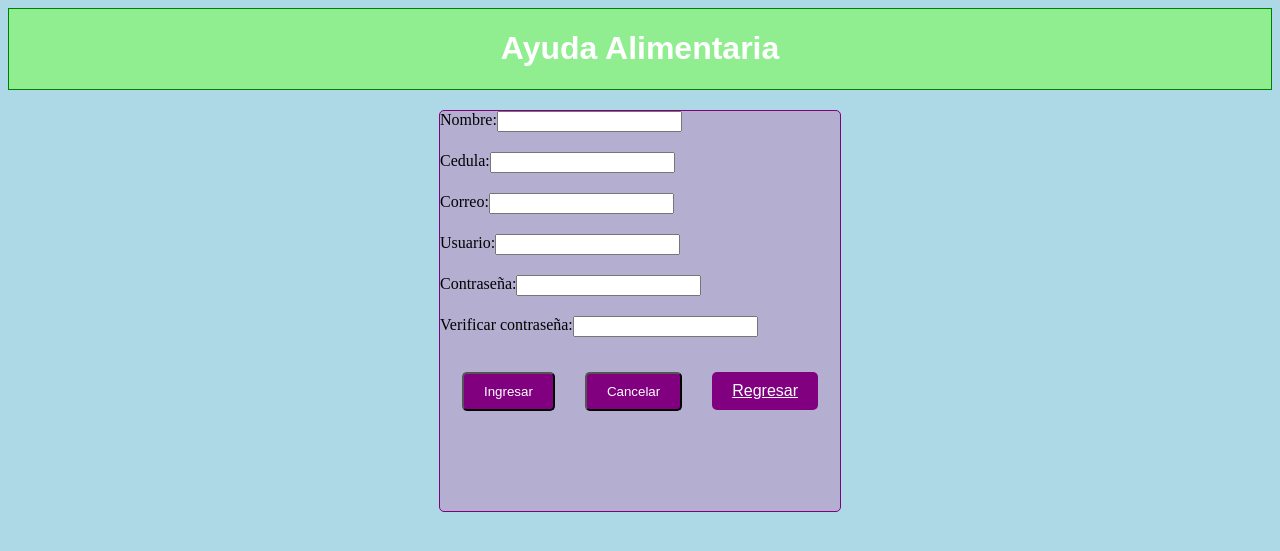
Repository: sonicspeed1/examen1_codigo_bryansantillan
Page: http://localhost/examen_1_bryan_santillan/modificar.jsp
The author's editor kept a copy of each file at every save. The page is drawn from the files as they stood at one save, then again after the next save.
The browser window is 1280 px wide. The pictures show the whole page.
The page is served by Tomcat 9. Other server files are loaded and not shown.

Above is the page before, as saved 2024-05-29 03:08:18.

### examen_1_bryan_santillan/src/main/webapp/modificar.jsp
<%@ page language="java" contentType="text/html; charset=UTF-8"
    pageEncoding="UTF-8"%>
<!DOCTYPE html>
<html>
<head>
<meta charset="UTF-8">
<title>Modificar</title>
<link href="estilo.css" rel="stylesheet"/>
</head>
<body>

<body class="cuerpo">
<div class="cuadro">
<h1 class="titulo">Ayuda Alimentaria</h1>
</div>
<div class="container">
    <div class="cuadro2">
    <form action=Respuesta.jsp method="post">
    <label class="item_reg">Nombre: <input type="text" name="nombre"></label>
<label class="item_reg">Cedula: <input type="text" name="ci"></label>
<label class="item_reg">Correo: <input type="text" name="correo"></label>
<label class="item_reg">Usuario: <input type="text" name="us"></label>
<label class="item_reg">Contraseña: <input type="password" name="cont1"></label>
<label class="item_reg">Verificar contraseña: <input type="password" name="cont2"></label>
 <div class="item_login">
  <input value="Ingresar" name="ingresar" type="submit" class="button">
 <input value="Cancelar" name="cancelar" type="reset" class="button">
 <a href="Login.jsp" class="button">Regresar</a>
 </div>
</body>
</html>

### examen_1_bryan_santillan/src/main/webapp/estilo.css
@charset "UTF-8";
.cuerpo{
	background-color: lightblue;
}
.cuadro{
	background-color:lightgreen;
	border: 1px solid green;
	display: block;

}
.cuadro2 {
    background-color: #b4aed0;
    border-radius: 5px;
    border: 1px solid purple;
    height: 400px;
    width: 400px;
}
.cuadro3{
	    background: linear-gradient(to right,red,pink);
	    text-align:center;
	    color: white;
	     border: 1px solid darkred;
}
.titulo{
	color: white;
	transition: color 0.3s, text-shadow 0.3s;
	font-family: 'Comic Sans MS', cursive, sans-serif;
	 text-align: center;
}

.titulo:hover {
    color: blue;
    text-shadow: 2px 2px 5px rgba(0, 0, 0, 0.5);
}
.menu{
	list-style-type: none;
    padding: 0;
    background-color: #80ff80;
    border: 1px solid green;
    margin: 0 auto;
    }
.item {
    display: inline-block;
    position: relative;
}
.container {
    display: flex;
    justify-content: center;
    align-items: center;
    margin-top: 20px;
}
.titulo2{
	color: white;
	transition: color 0.3s, text-shadow 0.3s;
	font-family: 'Comic Sans MS', cursive, sans-serif;
	 text-align: center;
}

.titulo2:hover {
    color: red;
    text-shadow: 2px 2px 5px rgba(0, 0, 0, 0.5);
}
.item_login{
	   display: flex;
    justify-content: center;
    align-items: center;
    margin-bottom: 20px;
}
.button{
	background-color: purple;
	border-radius: 5px;
	color: white;
	padding: 10px 20px;
	margin: 15px;
	font-family: 'Comic Sans MS', cursive, sans-serif;
}
.hiper{
	margin-right: 25px;
}

.item_reg{
	   display: flex;
	   margin-bottom:20px;
}

After the next save:
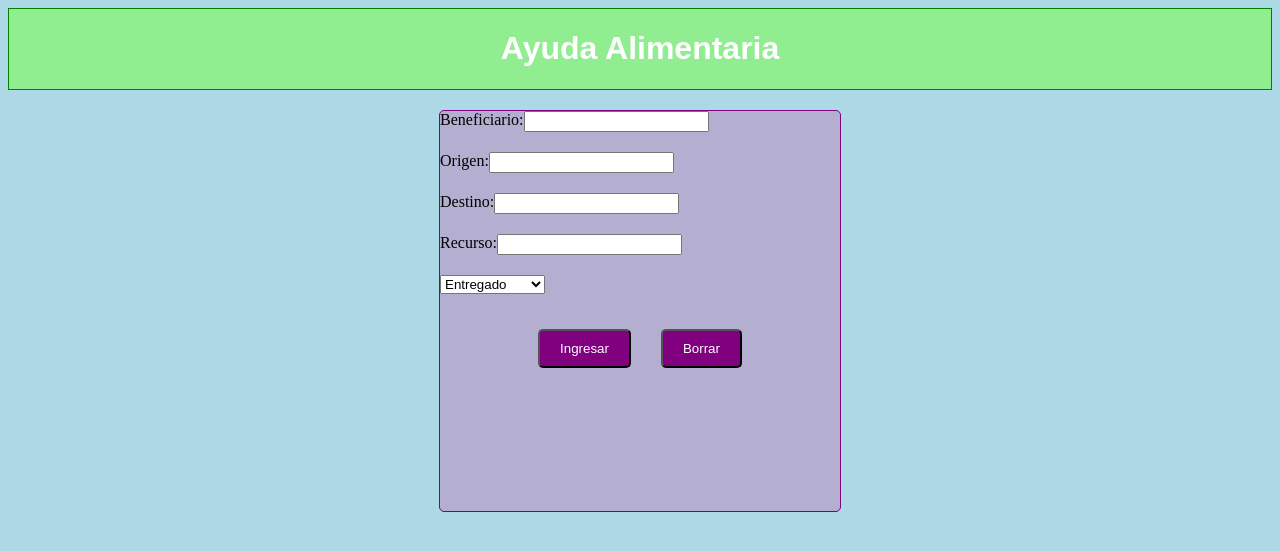
Saved 28 min 51 s later.
--- a/examen_1_bryan_santillan/src/main/webapp/modificar.jsp
+++ b/examen_1_bryan_santillan/src/main/webapp/modificar.jsp
@@ -1,5 +1,9 @@
 <%@ page language="java" contentType="text/html; charset=UTF-8"
-    pageEncoding="UTF-8"%>
+    pageEncoding="UTF-8" import="usuario.*"%>
+<%
+
+%>
+
 <!DOCTYPE html>
 <html>
 <head>
@@ -16,16 +20,18 @@
 <div class="container">
     <div class="cuadro2">
     <form action=Respuesta.jsp method="post">
-    <label class="item_reg">Nombre: <input type="text" name="nombre"></label>
-<label class="item_reg">Cedula: <input type="text" name="ci"></label>
-<label class="item_reg">Correo: <input type="text" name="correo"></label>
-<label class="item_reg">Usuario: <input type="text" name="us"></label>
-<label class="item_reg">Contraseña: <input type="password" name="cont1"></label>
-<label class="item_reg">Verificar contraseña: <input type="password" name="cont2"></label>
+<label class="item_reg">Beneficiario: <input type="text" name="be"></label>
+<label class="item_reg">Origen: <input type="text" name="or"></label>
+<label class="item_reg">Destino: <input type="text" name="des"></label>
+<label class="item_reg">Recurso: <input type="text" name="re"></label>
+ <select class="item_reg" name="se">
+            <option value="Entregado">Entregado</option>
+            <option value="Perdido">Perdido</option>
+            <option value="No Entregado">No Entregado</option>
+        </select>
  <div class="item_login">
   <input value="Ingresar" name="ingresar" type="submit" class="button">
- <input value="Cancelar" name="cancelar" type="reset" class="button">
- <a href="Login.jsp" class="button">Regresar</a>
+ <input value="Borrar" name="cancelar" type="reset" class="button">
  </div>
 </body>
 </html>
